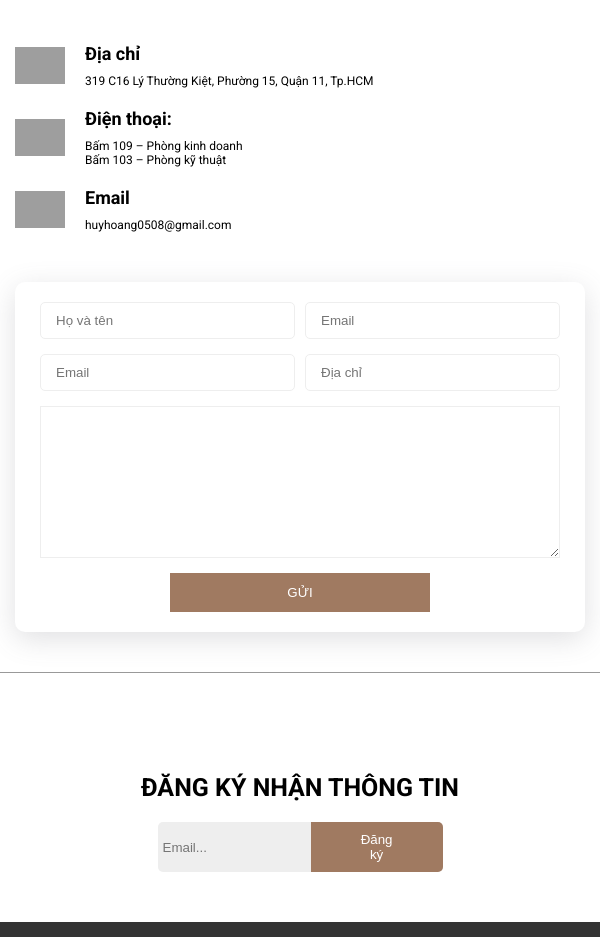
Repository: web345/WEBNANGCAO-clock-
Page: contact.html
The author's editor kept a copy of each file at every save. The page is drawn from the files as they stood at one save, then again after the next save.
The browser window is 600 px wide. The pictures show the part of the page from y = 480 to 1417 px (the page is 2253 px tall).
Pictures or frames that could not be fetched are drawn as grey boxes. A picture or video elsewhere on the page could not be fetched, so the positions and the page height are approximate. Some web libraries are served in a nearby version.

Above is the page before, as saved 2021-09-10 21:14:02.

### contact.html
<!DOCTYPE html>
<html lang="en">
  <head>
    <meta charset="UTF-8" />
    <meta http-equiv="X-UA-Compatible" content="IE=edge" />
    <meta name="viewport" content="width=device-width, initial-scale=1.0" />
    <title>Document</title>
    <link rel="preconnect" href="https://fonts.gstatic.com" />
    <link
      href="https://fonts.googleapis.com/css2?family=Roboto:ital,wght@0,100;0,300;0,400;0,500;0,700;0,900;1,100;1,300;1,400;1,500;1,700;1,900&display=swap"
      rel="stylesheet"
    />
    <link rel="stylesheet" href="./CSS/index.css" />
    <link rel="stylesheet" href="./CSS/contact.css" />
    <link
      rel="stylesheet"
      href="https://cdnjs.cloudflare.com/ajax/libs/font-awesome/5.15.3/css/all.min.css"
    />
    <!-- thư viện slick slider  -->
    <link
      rel="stylesheet"
      type="text/css"
      href="//cdn.jsdelivr.net/npm/slick-carousel@1.8.1/slick/slick.css"
    />
  </head>
  <body>
    <header>
      <div class="header-1">
        <div class="container">
          <div class="header-1-s">
            <div class="header-1-item-1">
              <p class="header-1-item-text-1">
                <i class="fas fa-map-marker-alt icon"></i> 319 - C16 Lý Thường
                Kiệt, P.15, Q.11, Tp.HCM
              </p>
              <p class="header-1-item-text-1">
                <i class="fas fa-phone-alt icon"></i>
                <a href="" class="header-1-item-text-link">076 922 0162</a>
              </p>
            </div>
            <div class="header-1-item-1">
              <p class="header-1-item-text-2">
                <a href="" class="header-1-item-text-link"
                  ><i class="fab fa-facebook-f"></i
                ></a>
              </p>
              <p class="header-1-item-text-2">
                <a href="" class="header-1-item-text-link"
                  ><i class="fab fa-instagram"></i
                ></a>
              </p>
              <p class="header-1-item-text-2">
                <a href="" class="header-1-item-text-link"
                  ><i class="fab fa-twitter"></i
                ></a>
              </p>
            </div>
          </div>
        </div>
      </div>

      <div class="header-2">
        <div class="container">
          <div class="header-2-s">
            <div class="header-2-logo">
              <img src="./logo/logo-mona-2.png" alt="" />
            </div>

            <div class="header-2-search">
              <input type="text" placeholder="Tìm kiếm" />
              <button type="submit"><i class="fas fa-search"></i></button>
            </div>

            <div class="header-2-right">
              <p class="header-2-right-text">
                <a href=""><i class="fas fa-heart"></i></a>
              </p>
              <p class="header-2-right-cart">
                <span class="header-2-right-number">0</span>
              </p>
            </div>
          </div>
        </div>
      </div>

      <!-- lam phan icon de dropmenu khi responsive -->
      <input type="checkbox" id="toggle-menu" />
      <label for="toggle-menu" class="header-icon-responsive">
        <i class="fas fa-bars" id="header-icon1"></i>
        <i class="fas fa-times" id="header-icon2"></i>
      </label>
      <div class="header-3">
        <div class="header-3-s">
          <ul class="header-3-list">
            <li class="header-3-list-item active">
              <a href="./index.html" class="header-3-list-item-link"
                >Trang chủ</a
              >
            </li>
            <li class="header-3-list-item">
              <a href="./introduce.html" class="header-3-list-item-link"
                >Giới thiệu</a
              >
            </li>
            <li class="header-3-list-item">
              <a href="./product-boy.html" class="header-3-list-item-link"
                >đồng hồ nam</a
              >
            </li>
            <li class="header-3-list-item">
              <a href="./product-girl.html" class="header-3-list-item-link"
                >đồng hồ nữ</a
              >
            </li>
            <li class="header-3-list-item">
              <a href="./news.html" class="header-3-list-item-link">blogs</a>
            </li>
            <li class="header-3-list-item">
              <a href="./contact.html" class="header-3-list-item-link"
                >liên hệ</a
              >
            </li>
            <li class="header-3-list-item">
              <a href="" class="header-3-list-item-link">Đăng nhập</a>
            </li>
            <li class="header-3-list-item header-3-list-item-mobile">
              <div class="header-3-list-item-search">
                <input
                  type="text"
                  name=""
                  id=""
                  class="header-3-list-item-search-input"
                  placeholder="Tìm kiếm"
                />
                <button class="header-3-list-item-search-btn" type="submit">
                  <i class="fas fa-search"></i>
                </button>
              </div>
            </li>
          </ul>
        </div>
      </div>
    </header>
    <!-- hết phần header  -->

    <div class="contact">
      <div class="container">
        <div class="contact-maps">
          <div class="contact__maps-epu">
            <iframe
              src="https://www.google.com/maps/embed?pb=!1m18!1m12!1m3!1d3723.657060482336!2d105.78272751429809!3d21.04640359255304!2m3!1f0!2f0!3f0!3m2!1i1024!2i768!4f13.1!3m3!1m2!1s0x3135abb158a2305d%3A0x5c357d21c785ea3d!2zVHLGsOG7nW5nIMSQ4bqhaSBo4buNYyDEkGnhu4duIEzhu7Fj!5e0!3m2!1svi!2s!4v1631268219230!5m2!1svi!2s"
              width="1200"
              height="450"
              style="border: 0"
              allowfullscreen=""
              loading="lazy"
            ></iframe>
          </div>
        </div>
        <div class="contact-list">
          <div class="contact-item">
            <img src="./contact/contact1.PNG" alt="" class="contact-image" />
            <div class="contact-info">
              <h3 class="info-name">Địa chỉ</h3>
              <p class="info-desc">
                319 C16 Lý Thường Kiệt, Phường 15, Quận 11, Tp.HCM
              </p>
            </div>
          </div>
          <div class="contact-item">
            <img src="./contact/contact2.PNG" alt="" class="contact-image" />
            <div class="contact-info">
              <h3 class="info-name">Điện thoại:</h3>
              <p class="info-desc">Bấm 109 – Phòng kinh doanh</p>
              <p class="info-desc">Bấm 103 – Phòng kỹ thuật</p>
            </div>
          </div>
          <div class="contact-item">
            <img src="./contact/contact3.PNG" alt="" class="contact-image" />
            <div class="contact-info">
              <h3 class="info-name">Email</h3>
              <p class="info-desc">huyhoang0508@gmail.com</p>
            </div>
          </div>
        </div>
        <form action="#">
          <div class="form-group">
            <input type="text" class="contact-form" placeholder="Họ và tên" />
            <input type="text" class="contact-form" placeholder="Email" />
          </div>
          <div class="form-group">
            <input type="text" class="contact-form" placeholder="Email" />
            <input type="text" class="contact-form" placeholder="Địa chỉ" />
          </div>
          <div class="form-group">
            <textarea name="" id="" cols="30" rows="10"></textarea>
          </div>
          <button type="submit" class="btn-contact">Gửi</button>
        </form>
      </div>
    </div>

    <div class="email">
      <div class="container">
        <h3 class="sub-info">Đăng ký nhận thông tin</h3>
        <div class="email-sub">
          <input type="email" name="" id="" placeholder="Email..." />
          <button type="submit" class="btn-email">
            <span>Đăng ký</span>
          </button>
        </div>
      </div>
    </div>

    <!-- làm phần footer  -->
    <footer>
      <div class="container">
        <div class="footer-s">
          <div class="row2">
            <div class="footer-item footer-item-1">
              <h2 class="footer-item-tittle">THÔNG TIN LIÊN HỆ</h2>
              <div class="footer-item-list">
                <div class="footer-item-list-item">
                  <div class="footer-item-list-item-icon">
                    <i class="fas fa-map-marker-alt"></i>
                  </div>
                  <div class="footer-item-list-item-text">
                    <p>
                      <a href=""
                        >319 C16 Lý Thường Kiệt, Phường 15, Quận 11, Tp.HCM</a
                      >
                    </p>
                  </div>
                </div>

                <div class="footer-item-list-item">
                  <div class="footer-item-list-item-icon">
                    <i class="fas fa-phone-alt"></i>
                  </div>
                  <div class="footer-item-list-item-text">
                    <p><a href="">076 922 0162</a></p>
                  </div>
                </div>

                <div class="footer-item-list-item">
                  <div class="footer-item-list-item-icon">
                    <i class="fas fa-envelope-open-text"></i>
                  </div>
                  <div class="footer-item-list-item-text">
                    <p><a href="">demonhunterg@gmail.com mon@mona.media</a></p>
                  </div>
                </div>

                <div class="footer-item-list-item">
                  <div class="footer-item-list-item-icon">
                    <i class="fab fa-skype"></i>
                  </div>
                  <div class="footer-item-list-item-text">
                    <p><a href="">demonhunterp</a></p>
                  </div>
                </div>
              </div>
              <div class="footer-item-icon">
                <div class="footer-item-icon-item footer-item-icon-item-face">
                  <a href=""><i class="fab fa-facebook-f"></i></a>
                </div>
                <div class="footer-item-icon-item footer-item-icon-item-insta">
                  <a href=""><i class="fab fa-instagram"></i></a>
                </div>
                <div
                  class="footer-item-icon-item footer-item-icon-item-twitter"
                >
                  <a href=""><i class="fab fa-twitter"></i></a>
                </div>
                <div class="footer-item-icon-item footer-item-icon-item-wifi">
                  <a href=""><i class="fas fa-wifi"></i></a>
                </div>
                <div class="footer-item-icon-item footer-item-icon-item-linked">
                  <a href=""><i class="fab fa-linkedin-in"></i></a>
                </div>
              </div>
            </div>

            <div class="footer-item footer-item-1">
              <h2 class="footer-item-tittle">LIÊN KẾT</h2>
              <div class="footer-item-list">
                <div class="footer-item-list-item">
                  <div class="footer-item-list-item-text">
                    <p><a href="./introduce.html">Giới thiệu</a></p>
                  </div>
                </div>

                <div class="footer-item-list-item">
                  <div class="footer-item-list-item-text">
                    <p><a href="./product-boy.html">Đồng hồ nam</a></p>
                  </div>
                </div>

                <div class="footer-item-list-item">
                  <div class="footer-item-list-item-text">
                    <p><a href="./product-girl.html">Đồng hồ nữ</a></p>
                  </div>
                </div>

                <div class="footer-item-list-item">
                  <div class="footer-item-list-item-text">
                    <p><a href="./news.html">Blogs</a></p>
                  </div>
                </div>

                <div class="footer-item-list-item">
                  <div class="footer-item-list-item-text">
                    <p><a href="./contact.html">Liên hệ</a></p>
                  </div>
                </div>
              </div>
            </div>

            <div class="footer-item footer-item-1">
              <h2 class="footer-item-tittle">HỖ TRỢ</h2>
              <div class="footer-item-list">
                <div class="footer-item-list-item">
                  <div class="footer-item-list-item-text">
                    <p><a href="./introduce.html">Hướng dẫn mua hàng</a></p>
                  </div>
                </div>

                <div class="footer-item-list-item">
                  <div class="footer-item-list-item-text">
                    <p><a href="./introduce.html">Hướng dẫn thanh toán</a></p>
                  </div>
                </div>

                <div class="footer-item-list-item">
                  <div class="footer-item-list-item-text">
                    <p><a href="./introduce.html">Chính sách bảo hành</a></p>
                  </div>
                </div>

                <div class="footer-item-list-item">
                  <div class="footer-item-list-item-text">
                    <p><a href="./introduce.html">Chính sách đổi trả</a></p>
                  </div>
                </div>

                <div class="footer-item-list-item">
                  <div class="footer-item-list-item-text">
                    <p><a href="./contact.html">Tư vấn khách hàng</a></p>
                  </div>
                </div>
              </div>
            </div>

            <div class="footer-item footer-item-4">
              <h2 class="footer-item-tittle">TẢI ỨNG DỤNG TRÊN</h2>
              <div class="footer-item-list">
                <div class="footer-item-list-item">
                  <div class="footer-item-list-item-text">
                    <p>
                      <a href=""
                        >Ứng dụng Mona Watch hiện có sẵn trên Google Play & App
                        Store. Tải nó ngay.</a
                      >
                    </p>
                  </div>
                </div>

                <div class="footer-item-list-item">
                  <img
                    class="footer-item-list-item-img"
                    src="http://mauweb.monamedia.net/donghohaitrieu/wp-content/uploads/2019/07/img-googleplay.jpg"
                    alt=""
                  />
                </div>

                <div class="footer-item-list-item">
                  <img
                    class="footer-item-list-item-img"
                    src="http://mauweb.monamedia.net/donghohaitrieu/wp-content/uploads/2019/07/img-appstore.jpg"
                    alt=""
                  />
                </div>
              </div>
            </div>
          </div>
        </div>
      </div>
      <h3 class="footer-banquyen">Lương Ngọc Vinh - Nguyễn Huy Hoàng</h3>
    </footer>

    <!-- thư viện js của jquery -->
    <script src="https://cdnjs.cloudflare.com/ajax/libs/jquery/3.6.0/jquery.min.js"></script>
    <!-- thư viện js của AOS -->
    <script src="https://cdnjs.cloudflare.com/ajax/libs/aos/2.0.2/aos.js"></script>
    <script>
      AOS.init({
        offset: 120,
        duration: 500,
      });
    </script>
    <!-- thư viện js của slick slider -->
    <script
      type="text/javascript"
      src="//cdn.jsdelivr.net/npm/slick-carousel@1.8.1/slick/slick.min.js"
    ></script>
    <script>
      $(document).ready(function () {
        $(".single-item").slick({
          autoplay: true,
          autoplaySpeed: 2000,
          prevArrow: ".main-banner-arrow-left",
          nextArrow: ".main-banner-arrow-right",
        });

        $(".responsive").slick({
          dots: false,
          infinite: true,
          speed: 300,
          slidesToShow: 4,
          slidesToScroll: 4,
          prevArrow: ".main-3-tittle-arrow-left",
          nextArrow: ".main-3-tittle-arrow-right",
          autoplay: true,
          autoplaySpeed: 1500,
          responsive: [
            {
              breakpoint: 1024,
              settings: {
                slidesToShow: 3,
                slidesToScroll: 3,
                infinite: true,
                dots: false,
              },
            },
            {
              breakpoint: 680,
              settings: {
                slidesToShow: 2,
                slidesToScroll: 2,
              },
            },
            {
              breakpoint: 480,
              settings: {
                slidesToShow: 1,
                slidesToScroll: 1,
              },
            },
            // You can unslick at a given breakpoint now by adding:
            // settings: "unslick"
            // instead of a settings object
          ],
        });
      });
    </script>
  </body>
</html>

### CSS/contact.css
.contact {
  margin-top: 30px;
  margin-bottom: 100px;
}

.contact .container {
  border-bottom: 1px solid #999;
  padding-bottom: 40px;
}

.contact-list {
  margin-top: 40px;
  display: flex;
  justify-content: space-between;
}
.contact-item {
  display: flex;
  align-items: center;
}

.contact-item img {
  width: 50px;
  margin-right: 20px;
}

h3.info-name {
  font-size: 18px;
  margin-bottom: 10px;
}

form {
  max-width: 700px;
  width: 100%;
  margin: 50px auto 0;
  background-color: #fff;
  box-shadow: rgba(100, 100, 111, 0.2) 0px 7px 29px 0px;
  padding: 20px 25px;
  border-radius: 10px;
}

.form-group {
  display: flex;
  align-items: center;
  gap: 10px;
  margin-bottom: 15px;
}

.form-group input {
  width: 50%;
  padding: 10px 15px;
  outline: none;
  border: 1px solid #eee;
  border-radius: 5px;
  transition: all 0.25s linear;
}

.form-group input:focus,
.form-group textarea:focus {
  border-color: #3d6ef7;
}

.form-group textarea {
  width: 100%;
  outline: none;
  border: 1px solid #eee;
}

button.btn-contact {
  margin: 0 auto;
  padding: 12px 24px;
  width: 50%;
  display: block;
  outline: none;
  border: none;
  cursor: pointer;
  background-color: #a07a61;
  color: #fff;
  text-transform: uppercase;
  transition: all 0.25s linear;
}

button.btn-contact:hover {
  opacity: 0.6;
}

.email {
  margin-bottom: 50px;
}

.email .container {
  display: flex;
  justify-content: space-between;
  align-items: center;
}

h3.sub-info {
  text-transform: uppercase;
  font-size: 25px;
}

.email-sub {
  width: 30%;
  display: flex;
  align-items: center;
  background-color: #eee;
  border-radius: 5px;
}

.email-sub input {
  border: 0;
  padding: 5px;
  height: 100%;
  width: 100%;
  background: none;
  outline: none;
}

.email-sub button.btn-email {
  padding: 10px 50px;
  border: none;
  outline: none;
  background-color: #a07a61;
  color: #fff;
  border-radius: 0 5px 5px 0px;
}

@media screen and (min-width: 1024px) and (max-width: 1279px) {
  .contact__maps-epu iframe {
    width: 100%;
  }
  .contact-list {
    flex-direction: column;
    gap: 20px;
  }
  .email .container {
    flex-direction: column;
    gap: 20px;
  }
  .email-sub {
    width: 50%;
  }
}

@media screen and (max-width: 1023px) {
  .contact__maps-epu iframe {
    width: 100%;
  }
  .contact-list {
    flex-direction: column;
    gap: 20px;
  }
  .email .container {
    flex-direction: column;
    gap: 20px;
  }
  .email-sub {
    width: 50%;
  }
}

Loaded but not shown: CSS/index.css (1089 lines, source omitted)

After the next save:
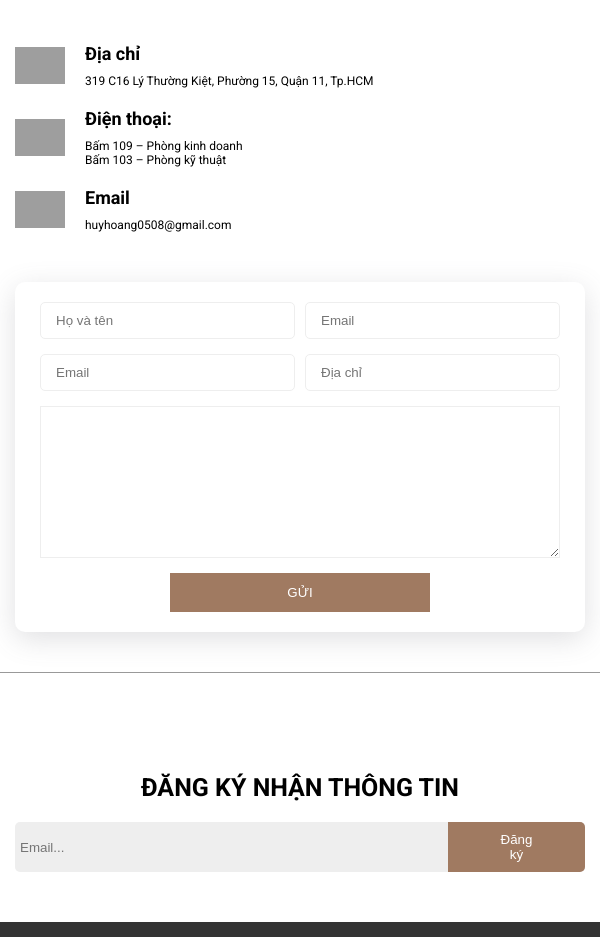
Saved 83 s later.
--- a/CSS/contact.css
+++ b/CSS/contact.css
@@ -157,3 +157,9 @@ h3.sub-info {
     width: 50%;
   }
 }
+
+@media screen and (max-width: 767px) {
+  .email-sub {
+    width: 100%;
+  }
+}
